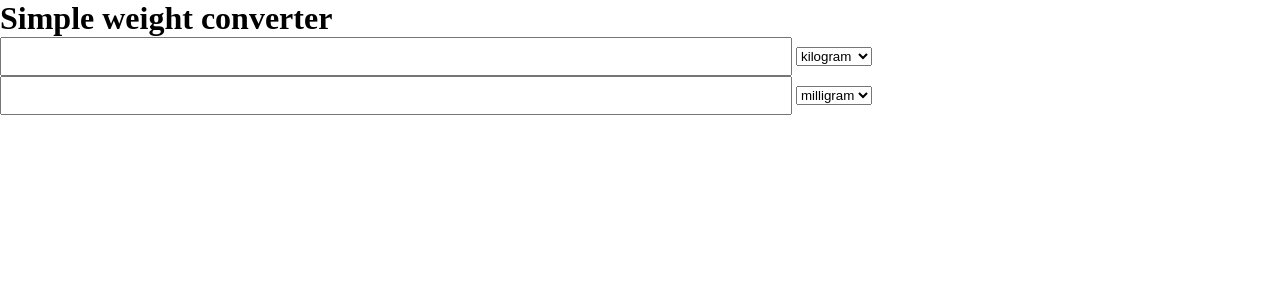
Repository: Eugene44-hub/weight-converter
Page: index.html
These files come from the project's save history. The page is drawn as it stood at one moment and after the next save; the edit follows.
The browser window is 1280 px wide. The pictures show the whole page.

Above is the page before, as saved 2021-09-20 04:38:16.

### index.html
<!DOCTYPE html>
<html lang="en">

<head>
    <meta charset="UTF-8">
    <meta http-equiv="X-UA-Compatible" content="IE=edge">
    <meta name="viewport" content="width=device-width, initial-scale=1.0">
    <link rel="stylesheet" href="style.css">
    <title>Document</title>
</head>

<body>

    <h1>Simple weight converter</h1>
    <input type="number" id="typed">
    <select name="" id="in-weight">
      <option value="kg">kilogram</option>
      <option value="ou">ounce</option>
      <option value="mg">milligram</option>
    </select>
    <input type="number" id="output">
    <select name="" id="out-weight">
      <option value="mg">milligram</option>
      <option value="ou">ounce</option>
      <option value="kg">kilogram</option>
    </select>
    <script src="app.js"></script>
</body>

</html>

### style.css
* {
    padding: 0;
    margin: 0;
}

input {
    width: 60%;
    padding: 10px;
}

h1 {
    TEXT
}

### app.js
let typed = document.querySelector('#typed');
let output = document.querySelector('#output');
let select = document.querySelector('#in-weight');
let select2 = document.querySelector('#out-weight');

function selectTwo(val) {
    select2.addEventListener('change', e => {
        if (select2.value === 'mg' && select.value === 'kg') {
            output.value = val * Math.pow(10, 6)
        } else if (select2.value === "ou" && select.value === 'mg') {
            output.value = val * 0.000035274
        } else if (select2.value === "ou" && select.value === 'kg') {
            output.value = val * 35.274
        } else if (select2.value === "kg" && select.value === 'ou') {
            output.value = val / 35.274
        } else if (select2.value === "mg" && select.value === 'ou') {
            output.value = val / 0.000035274
        } else if (select2.value === "kg" && select.value === 'mg') {
            output.value = val / Math.pow(10, 6)
        } else {
            output.value = typed.value
        }

    })
}

function selectOne(val) {
    select.addEventListener('change', e => {

        if (select2.value === 'mg' && select.value === 'kg') {
            typed.value = val / Math.pow(10, 6)
        } else if (select2.value === "mg" && select.value === 'ou') {
            typed.value = val * 0.000035274
        } else if (select2.value === "ou" && select.value === 'kg') {
            typed.value = val / 35.274
        } else if (select2.value === "kg" && select.value === 'ou') {
            typed.value = val * 35.274
        } else if (select2.value === "ou" && select.value === 'mg') {
            typed.value = val / 0.000035274
        } else if (select2.value === "kg" && select.value === 'mg') {
            typed.value = val * Math.pow(10, 6)
        } else { typed.value = output.value }
    })
}


typed.addEventListener('input',
    e => {

        if (select2.value === 'mg' && select.value === 'kg') {
            output.value = Number(e.target.value) * Math.pow(10, 6)
        } else if (select2.value === "ou" && select.value === 'mg') {
            output.value = Number(e.target.value) * 0.000035274
        } else if (select2.value === "ou" && select.value === 'kg') {
            output.value = Number(e.target.value) * 35.274
        } else if (select2.value === "kg" && select.value === 'ou') {
            output.value = Number(e.target.value) / 35.274
        } else if (select2.value === "mg" && select.value === 'ou') {
            output.value = Number(e.target.value) / 0.000035274
        } else if (select2.value === "kg" && select.value === 'mg') {
            output.value = Number(e.target.value) / Math.pow(10, 6)
        } else {
            output.value = typed.value
        }
        selectTwo(Number(e.target.value))
    })

output.addEventListener('input',
    e => {
        if (select2.value === 'mg' && select.value === 'kg') {
            typed.value = Number(e.target.value) / Math.pow(10, 6)
        } else if (select2.value === "mg" && select.value === 'ou') {
            typed.value = Number(e.target.value) * 0.000035274
        } else if (select2.value === "ou" && select.value === 'kg') {
            typed.value = Number(e.target.value) / 35.274
        } else if (select2.value === "kg" && select.value === 'ou') {
            typed.value = Number(e.target.value) * 35.274
        } else if (select2.value === "ou" && select.value === 'mg') {
            typed.value = Number(e.target.value) / 0.000035274
        } else if (select2.value === "kg" && select.value === 'mg') {
            typed.value = Number(e.target.value) * Math.pow(10, 6)
        } else { typed.value = output.value }
        selectOne(Number(e.target.value))
    })

After the next save:
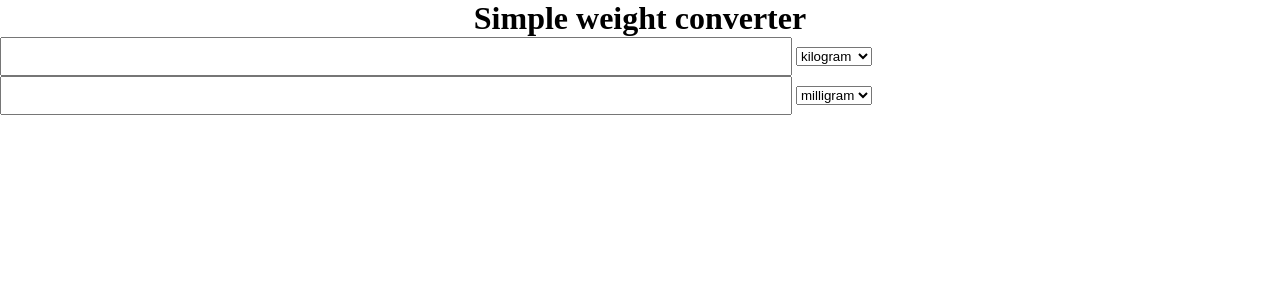
Saved 9 s later.
--- a/style.css
+++ b/style.css
@@ -9,5 +9,5 @@ input {
 }
 
 h1 {
-    TEXT
+    text-align: center;
 }
